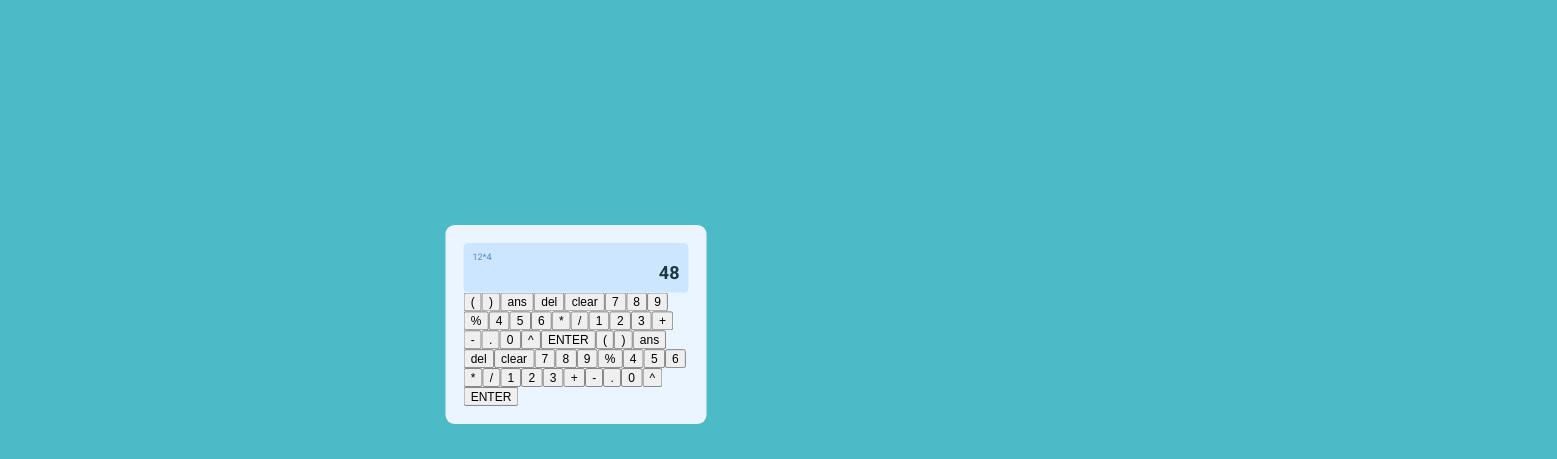
Repository: Herinyhert/Calculate-infix-a-postfix
Page: index.html
An editor plug-in stored every save of this project. The page is shown before and after a run of saves, followed by the edit.
The browser window is 1280 px wide. The page is 1280 px wide, then 1730 px, so the pictures cover 1730 px, including what lies to the right of the window. The pictures show the whole page, at 90% of full size.

Above is the page before, as saved 2023-11-02 19:21:01.

After the next 2 saves:
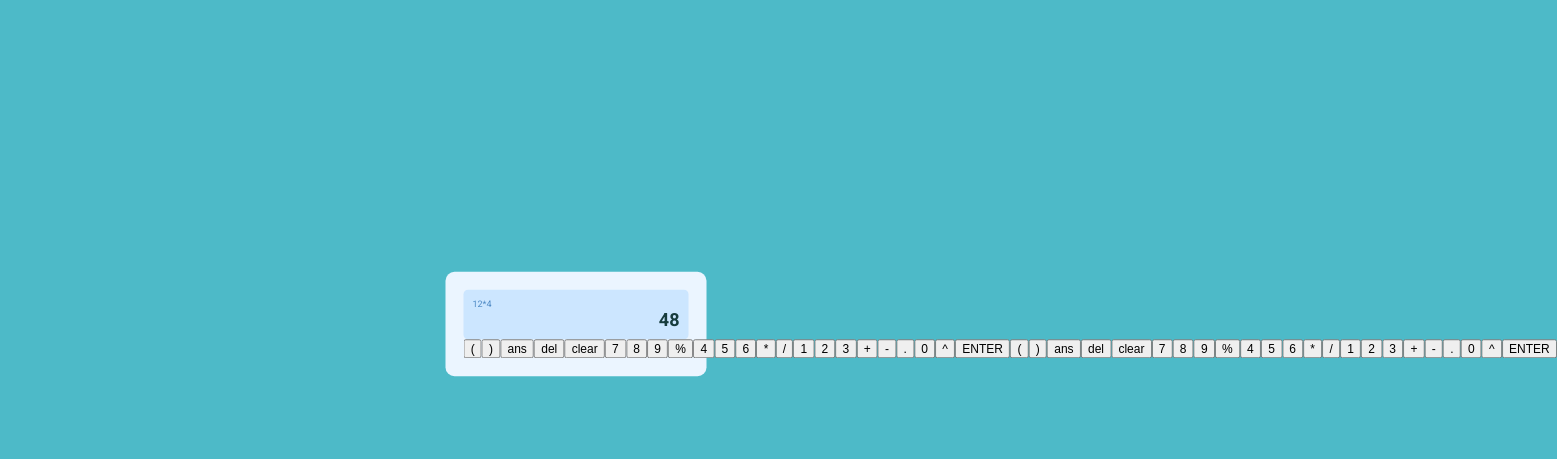
The 2 saves are shown as one change because they came seconds apart.
The last was saved 9 s later.
--- a/css/index.css
+++ b/css/index.css
@@ -33,7 +33,8 @@ body{
     justify-content: flex-end;
 }
 #calculator-buttons{
-    display
+    display:flex;
+
 }
 .button{
 
